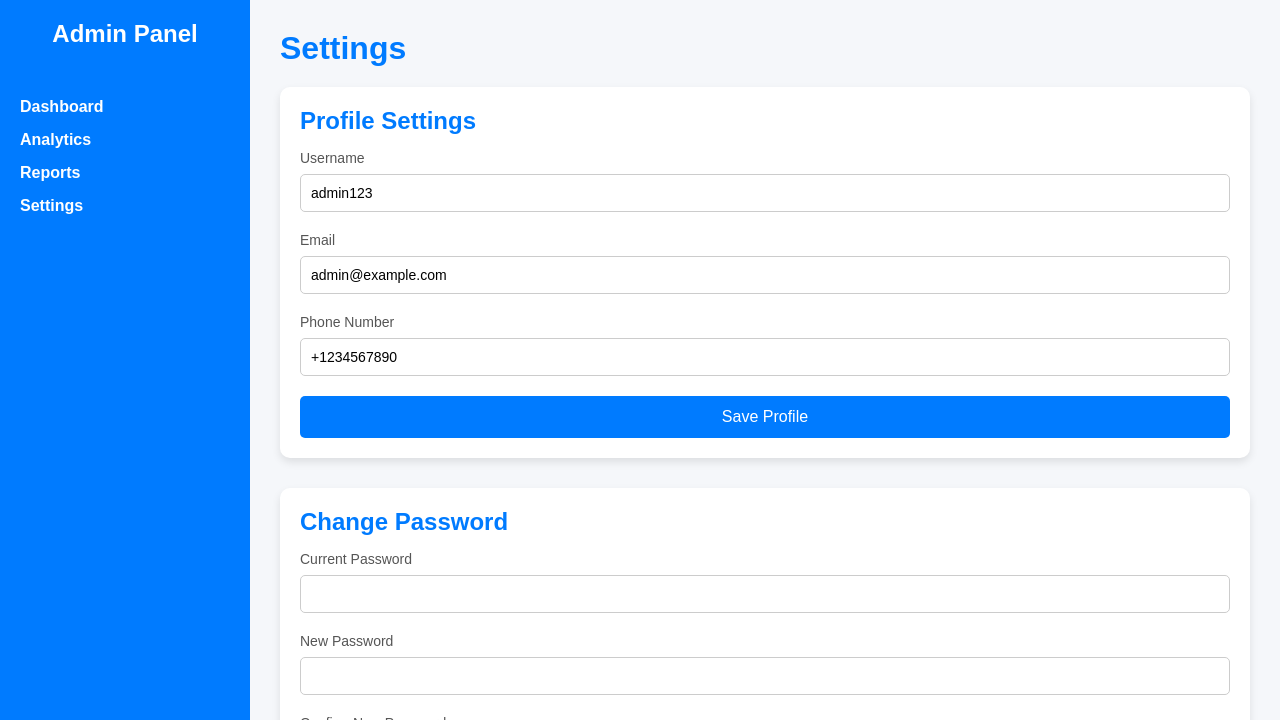
Repository: 2025silverx/slivedrX
Page: setting.html
These files come from the project's save history. The page is drawn as it stood at one moment and after a run of saves; the edit follows.
The browser window is 1280 px wide. The pictures show the whole page.
An inner scrolling area shows only its first screen.

Above is the page before, as saved 2025-01-05 00:16:10.

### setting.html
<!DOCTYPE html>
<html lang="en">
<head>
    <meta charset="UTF-8">
    <meta name="viewport" content="width=device-width, initial-scale=1.0">
    <title>Admin Panel - Settings</title>
    <link rel="stylesheet" href="settings.css">
</head>
<body>
    <div class="sidebar">
        <h2>Admin Panel</h2>
        <ul class="sidebar-links">
            <li><a href="#">Dashboard</a></li>
            <li><a href="#">Analytics</a></li>
            <li><a href="#">Reports</a></li>
            <li><a href="#">Settings</a></li>
        </ul>
    </div>

    <div class="main-content">
        <h1>Settings</h1>

        <!-- Profile Settings Section -->
        <div class="settings-section">
            <h2>Profile Settings</h2>
            <form class="settings-form">
                <div class="form-group">
                    <label for="username">Username</label>
                    <input type="text" id="username" name="username" value="admin123" required>
                </div>
                <div class="form-group">
                    <label for="email">Email</label>
                    <input type="email" id="email" name="email" value="admin@example.com" required>
                </div>
                <div class="form-group">
                    <label for="phone">Phone Number</label>
                    <input type="text" id="phone" name="phone" value="+1234567890" required>
                </div>
                <button type="submit" class="btn">Save Profile</button>
            </form>
        </div>

        <!-- Change Password Section -->
        <div class="settings-section">
            <h2>Change Password</h2>
            <form class="settings-form">
                <div class="form-group">
                    <label for="current-password">Current Password</label>
                    <input type="password" id="current-password" name="current-password" required>
                </div>
                <div class="form-group">
                    <label for="new-password">New Password</label>
                    <input type="password" id="new-password" name="new-password" required>
                </div>
                <div class="form-group">
                    <label for="confirm-password">Confirm New Password</label>
                    <input type="password" id="confirm-password" name="confirm-password" required>
                </div>
                <button type="submit" class="btn">Change Password</button>
            </form>
        </div>

        <!-- Notification Settings Section -->
        <div class="settings-section">
            <h2>Notification Settings</h2>
            <form class="settings-form">
                <div class="form-group">
                    <label for="email-notifications">Email Notifications</label>
                    <input type="checkbox" id="email-notifications" name="email-notifications" checked>
                </div>
                <div class="form-group">
                    <label for="sms-notifications">SMS Notifications</label>
                    <input type="checkbox" id="sms-notifications" name="sms-notifications">
                </div>
                <div class="form-group">
                    <label for="push-notifications">Push Notifications</label>
                    <input type="checkbox" id="push-notifications" name="push-notifications" checked>
                </div>
                <button type="submit" class="btn">Save Notifications</button>
            </form>
        </div>
    </div>

    <script src="settings.js"></script>
</body>
</html>

### settings.css
/* Reset some default styles */
* {
    margin: 0;
    padding: 0;
    box-sizing: border-box;
}

/* Body and container styles */
body {
    font-family: Arial, sans-serif;
    display: flex;
    height: 100vh;
    background-color: #f5f7fa;
}

/* Sidebar styles */
.sidebar {
    width: 250px;
    background-color: #007bff;
    color: white;
    padding: 20px;
    display: flex;
    flex-direction: column;
    position: sticky;
    top: 0;
}

.sidebar h2 {
    margin-bottom: 20px;
    text-align: center;
}

.sidebar-links {
    list-style: none;
    margin-top: 30px;
}

.sidebar-links li {
    margin-bottom: 15px;
}

.sidebar-links a {
    text-decoration: none;
    color: white;
    font-weight: bold;
}

.sidebar-links a:hover {
    color: #f0f0f0;
}

/* Main content area */
.main-content {
    flex: 1;
    padding: 30px;
    overflow-y: auto;
}

h1 {
    color: #007bff;
    margin-bottom: 20px;
}

/* Settings section styles */
.settings-section {
    background-color: white;
    padding: 20px;
    border-radius: 10px;
    box-shadow: 0 4px 8px rgba(0, 0, 0, 0.1);
    margin-bottom: 30px;
}

.settings-section h2 {
    color: #007bff;
    margin-bottom: 15px;
}

.settings-form {
    display: flex;
    flex-direction: column;
    gap: 20px;
}

.form-group {
    display: flex;
    flex-direction: column;
    gap: 8px;
}

label {
    font-size: 14px;
    color: #555;
}

input {
    padding: 10px;
    font-size: 14px;
    border: 1px solid #ccc;
    border-radius: 5px;
    width: 100%;
}

input[type="checkbox"] {
    width: auto;
}

button.btn {
    background-color: #007bff;
    color: white;
    padding: 12px;
    border: none;
    border-radius: 5px;
    cursor: pointer;
    font-size: 16px;
}

button.btn:hover {
    background-color: #0056b3;
}

/* Responsive Styles */
@media (max-width: 768px) {
    .sidebar {
        width: 200px;
    }

    .main-content {
        padding: 20px;
    }
}

### settings.js
// This script handles form submission and any additional interactivity (if needed).
document.querySelectorAll('.settings-form').forEach(form => {
    form.addEventListener('submit', function(event) {
        event.preventDefault();
        alert('Settings saved successfully!');
    });
});

After the next 2 saves:
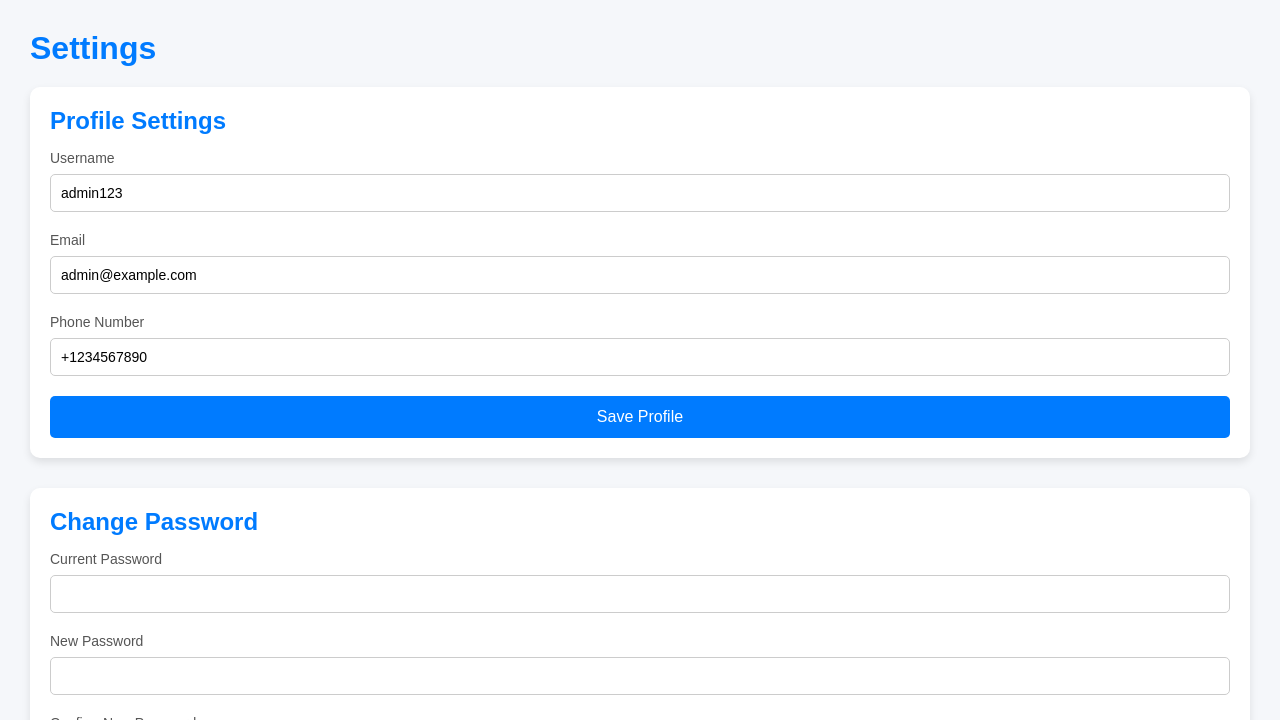
The 2 saves are shown as one change because they came seconds apart.
The last was saved 15 s later.
--- a/setting.html
+++ b/setting.html
@@ -5,17 +5,10 @@
     <meta name="viewport" content="width=device-width, initial-scale=1.0">
     <title>Admin Panel - Settings</title>
     <link rel="stylesheet" href="settings.css">
+
 </head>
 <body>
-    <div class="sidebar">
-        <h2>Admin Panel</h2>
-        <ul class="sidebar-links">
-            <li><a href="#">Dashboard</a></li>
-            <li><a href="#">Analytics</a></li>
-            <li><a href="#">Reports</a></li>
-            <li><a href="#">Settings</a></li>
-        </ul>
-    </div>
+
 
     <div class="main-content">
         <h1>Settings</h1>
